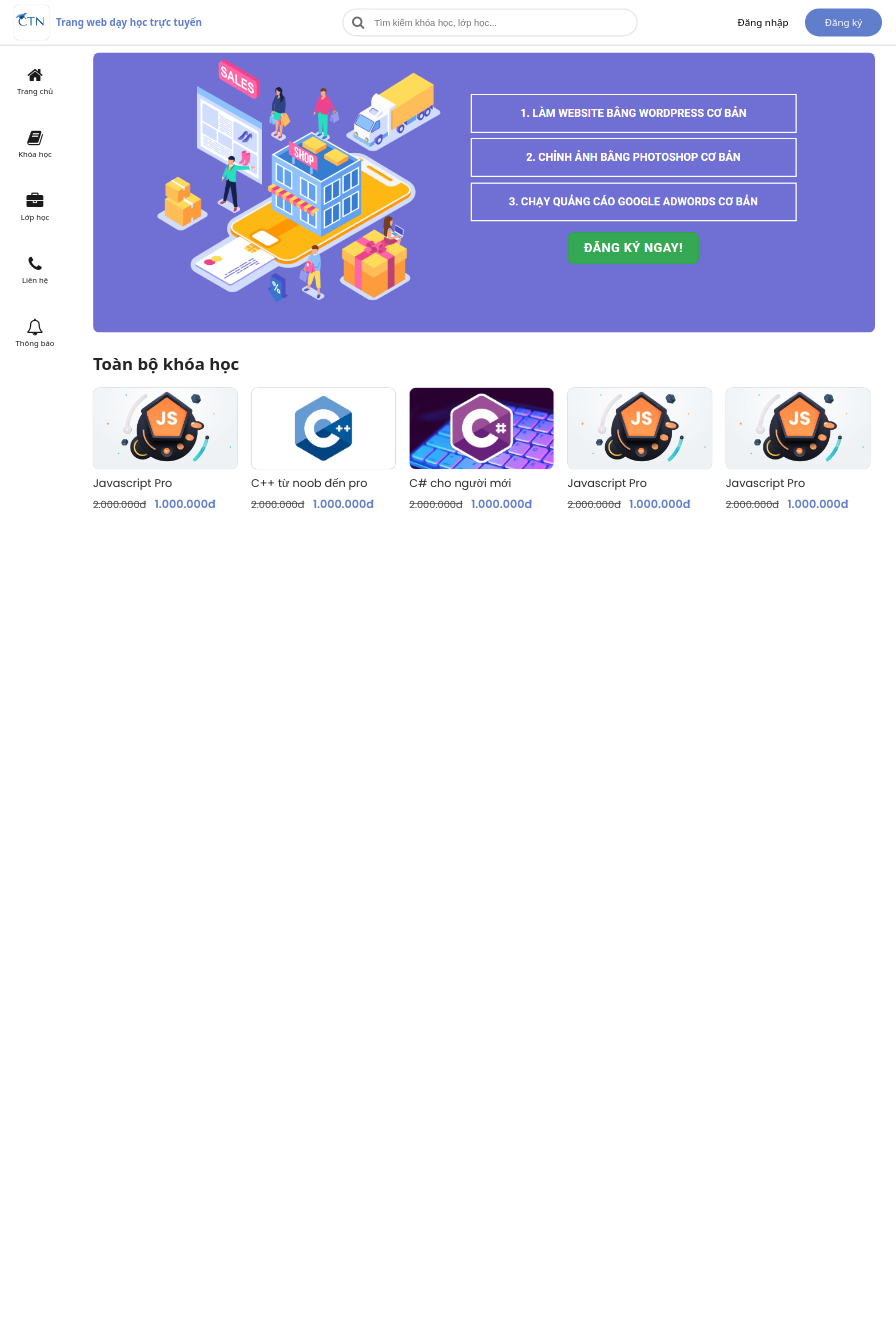
Repository: Nieday306/shophoaqua
Page: index.html
The author's editor kept a copy of each file at every save. The page is drawn from the files as they stood at one save, then again after the next save.
The browser window is 1280 px wide. The pictures show the part of the page from y = 0 to 1920 px (the page is 5575 px tall), at 70% of full size.

Above is the page before, as saved 2024-04-07 16:38:27.

After the next save:
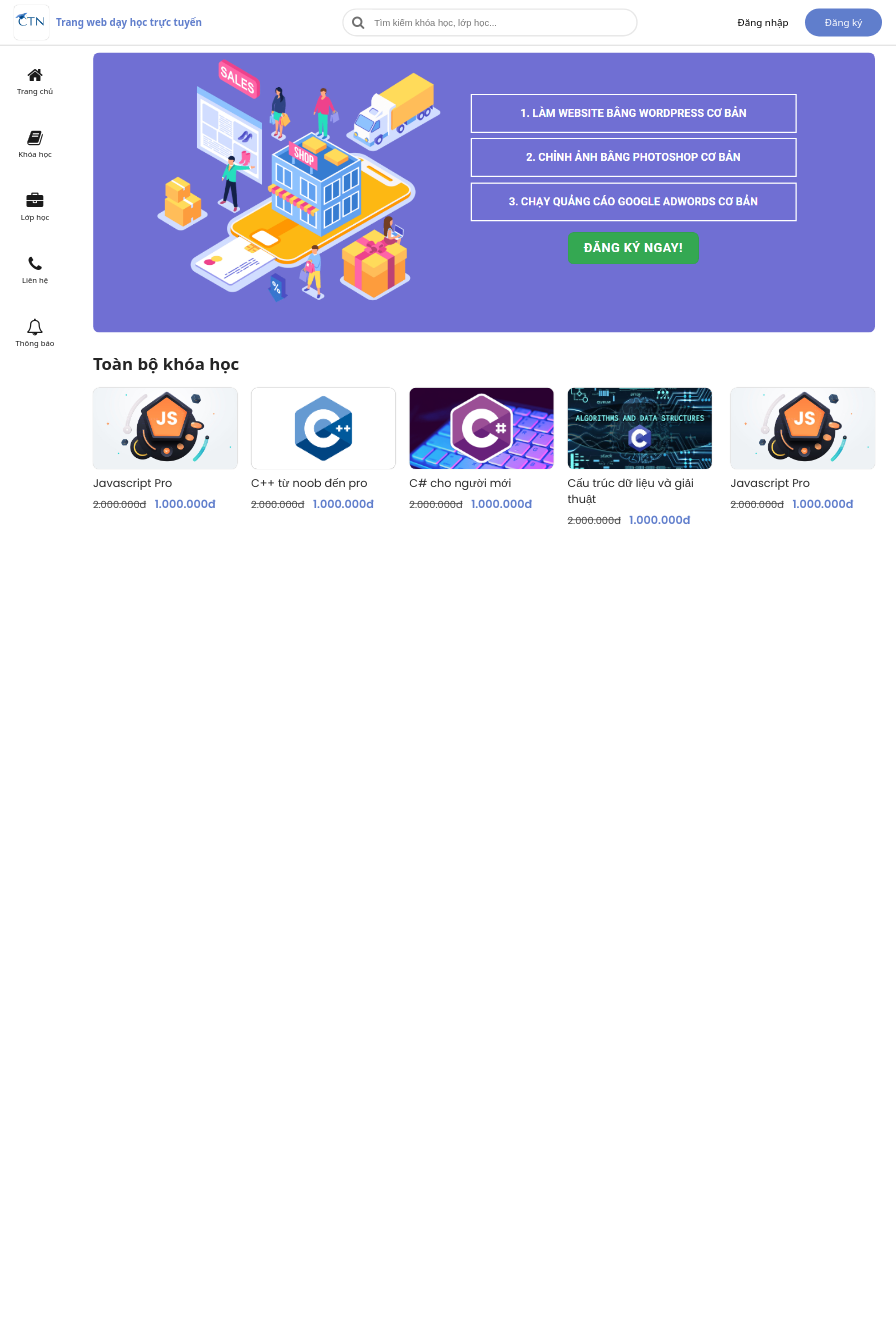
Saved 108 s later.
--- a/index.html
+++ b/index.html
@@ -222,11 +222,13 @@
                 <div class="course__item">
                   <a href="#!" class="course__item-link">
                     <img
-                      src="./assets/img/course-js.jpg"
-                      alt=""
-                      class="course-thumnail"
-                    />
-                    <span class="course-desc">Javascript Pro</span>
+                      src="./assets/img/course-ctdlvgt.jpg"
+                      alt=""
+                      class="course-thumnail"
+                    />
+                    <span class="course-desc"
+                      >Cấu trúc dữ liệu và giải thuật</span
+                    >
                     <span class="price">
                       <span class="pre-price">2.000.000đ</span>
                       <span class="price-final">1.000.000đ</span>
